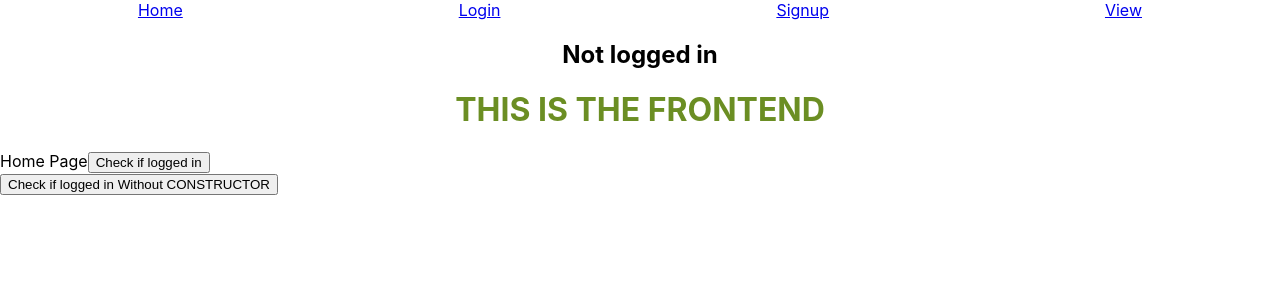
Repository: MikeTroianello/SuPro
Page: / (app in frontend/)
The author's editor kept a copy of each file at every save. The page is drawn from the files as they stood at one save, then again after the next save.
The browser window is 1280 px wide. The pictures show the whole page.
The page's requests for data from a server got no answer. The project was rebuilt for these pictures with package versions that can differ from the ones it lists, and the page was loaded fresh each time. A package was used in the major version that the imports need, not the one package.json lists. No one was signed in, and anything a server would have sent is missing. Also part of the build but not shown: frontend/src/components/auth/protected-route.js, frontend/src/components/Login.js, frontend/src/components/Signup.js, frontend/src/components/Create.js, frontend/src/components/View.js.

Above is the page before, as saved 2019-10-29 18:46:01.

### frontend/src/index.js
import React from 'react';
import ReactDOM from 'react-dom';
import './index.css';
import App from './App';
import * as serviceWorker from './serviceWorker';
import { Router } from 'react-router-dom';

ReactDOM.render(<App />, document.getElementById('root'));

// If you want your app to work offline and load faster, you can change
// unregister() to register() below. Note this comes with some pitfalls.
// Learn more about service workers: https://bit.ly/CRA-PWA
serviceWorker.unregister();

### frontend/src/App.js
import React from 'react';
import { BrowserRouter as Router, Route, Switch } from 'react-router-dom';
import ProtectedRoute from './components/auth/protected-route';
import axios from 'axios';

import Home from './components/Home';
import Login from './components/Login';
import Signup from './components/Signup';
import Create from './components/Create';
import View from './components/View';
import Navbar from './components/Navbar';

import AuthService from './components/auth/auth-service';

import './App.css';

class App extends React.Component {
  state = {
    loggedInUser: null,
    message: 'Not logged in'
  };

  service = new AuthService();

  componentDidMount() {
    if (!this.state.loggedInUser) {
      this.service
        .loggedin()
        .then(response => {
          console.log('RESPONSE:', response);
          this.setState({
            loggedInUser: response,
            message: `Welcome back, ${response.username}`
          });
        })
        .catch(err => {
          this.setState({
            loggedInUser: false
          });
        });
    }
  }

  setUser = () => {
    console.log('SETTING USER');
    let storedUser = JSON.parse(localStorage.getItem('user'));
    console.log('LOCAL STORAGE: ', storedUser);
    this.setState(
      {
        username: storedUser.username,
        message: `Hello ${storedUser.username}`
      },
      () => {
        console.log(this.state);
      }
    );
  };

  login = storedUser => {
    console.log('LOGIN');
    axios
      .get(`http://localhost:5000/login`, {
        theUser: storedUser,
        withCredentials: true
      })
      .then(result => {
        console.log(result.data);
        // if (result.data.user) {
        this.setState(
          {
            user: result.data.user || null,
            message: result.data.message
          },
          () => {
            console.log('-=-=-=-=-=-=-=-=-=-=-=-=-=-=-=-', this.state);
          }
        );
      });
  };

  logout = e => {
    e.preventDefault();
    console.log('LOGGING OUT');
    axios.post('http://localhost:5000/logout').then(result => {
      console.log(result);
      this.setState({
        username: null,
        message: result.data.message
      });
      localStorage.removeItem('user');
    });
  };

  getTheUser = userObj => {
    this.setState(
      {
        loggedInUser: userObj,
        message: `Hello, ${userObj.username}!`
      },
      () => {
        console.log(this.state);
      }
    );
  };

  render() {
    console.log(this.state.user);
    return (
      <Router>
        <div className='App'>
          <Navbar info={this.state} logout={this.logout} />
          <h1 className='frontend'>THIS IS THE FRONTEND</h1>
        </div>
        <Switch>
          <Route exact path='/' component={Home} />
          <Route
            exact
            path='/signup'
            render={props => <Signup {...props} getUser={this.getTheUser} />}
          />
          <Route
            exact
            path='/login'
            render={props => <Login {...props} getUser={this.getTheUser} />}
          />
          <Route exact path='/create' render={props => <Create {...props} />} />
          <Route exact path='/view' component={View} />
        </Switch>
      </Router>
    );
  }
}

export default App;

### frontend/src/components/Home.js
import React, { Component } from 'react';
import axios from 'axios';
import AuthService from './auth/auth-service';
import Test from '../components/Test';

export default class Home extends Component {
  // constructor(props) {
  //   super(props);
  //   this.service = new AuthService();
  // }

  service = new AuthService();

  checkIfLoggedIn = () => {
    this.service
      .loggedin()
      .then(results => {
        console.log(results);
      })
      .catch(error => console.log(error));
  };
  // checkIfLoggedIn = () => {
  //   axios.get('http://localhost:5000/isLoggedIn').then(results => {
  //     console.log('this is what came back:', results);
  //   });
  // };

  render() {
    return (
      <div>
        Home Page
        <button onClick={this.checkIfLoggedIn}>Check if logged in</button>
        <Test />
      </div>
    );
  }
}

### frontend/src/components/Navbar.js
import React from 'react';
import { Link } from 'react-router-dom';

export default function Navbar(props) {
  console.log('NAVBAR CONSOLE LOG', props.info);
  return (
    <div>
      <div className='navbar'>
        <div>
          <Link to='/'>Home</Link>
        </div>
        {!props.info.loggedInUser && (
          <div>
            <Link to='/login'>Login</Link>
          </div>
        )}
        {!props.info.loggedInUser && (
          <div>
            <Link to='/signup'>Signup</Link>
          </div>
        )}
        {props.info.loggedInUser && (
          <div>
            <Link to='/create'>Create</Link>
          </div>
        )}
        <div>
          <Link to='/view'>View</Link>
        </div>
        {props.info.loggedInUser && (
          <Link to='/' onClick={props.logout}>
            Logout
          </Link>
        )}
      </div>
      <h2>{props.info.message}</h2>
    </div>
  );
}

### frontend/src/components/auth/auth-service.js
import axios from 'axios';

class AuthService {
  constructor() {
    let service = axios.create({
      baseURL: 'http://localhost:5000/api',
      withCredentials: true
    });
    this.service = service;
  }

  // signup = (username, password) => {
  //   return this.service
  //     .post('/signup', { username, password })
  //     .then(response => response.data);
  // };

  loggedin = () => {
    return this.service.get('/loggedin').then(response => response.data);
  };

  login = (username, password) => {
    return this.service
      .post('/login', { username, password })
      .then(response => response.data);
  };

  create = info => {
    return this.service
      .post('/log/create', { info })
      .then(response => response.data);
  };

  // logout = () => {
  //   return this.service.post('/logout', {}).then(response => response.data);
  // };
}
export default AuthService;

### frontend/src/App.css
.App {
  text-align: center;
}

.App-logo {
  height: 40vmin;
}

.App-header {
  background-color: #282c34;
  min-height: 100vh;
  display: flex;
  flex-direction: column;
  align-items: center;
  justify-content: center;
  font-size: calc(10px + 2vmin);
  color: white;
}

.App-link {
  color: #09d3ac;
}

.navbar {
  display: flex;
  justify-content: space-around;
}

.frontend {
  color:olivedrab
}

### frontend/src/components/Test.js
import React, { Component } from 'react';
import AuthService from './auth/auth-service';

export default class Test extends Component {
  service = new AuthService();

  checkIfLoggedIn = () => {
    this.service
      .loggedin()
      .then(results => {
        console.log(results);
      })
      .catch(error => console.log(error));
  };

  render() {
    return (
      <div>
        <button onClick={this.checkIfLoggedIn}>
          Check if logged in Without CONSTRUCTOR
        </button>
      </div>
    );
  }
}

Loaded but not shown: frontend/public/index.html (common file); frontend/src/index.css (common file); frontend/src/serviceWorker.js (common file)

After the next save:
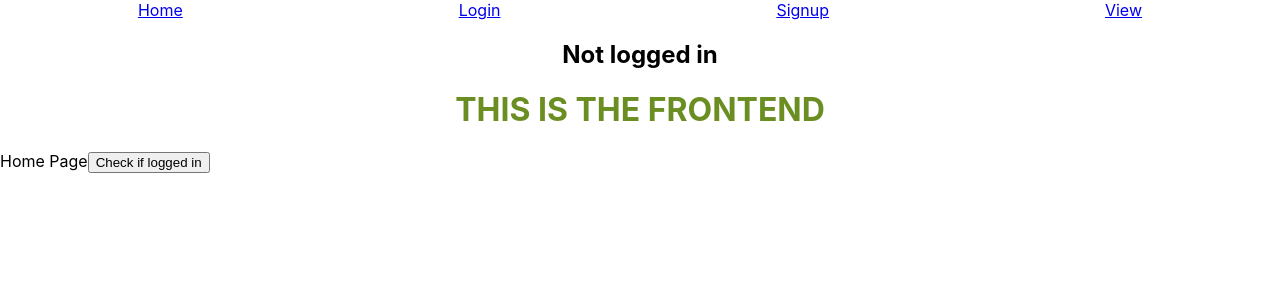
Saved 9 min 23 s later.
--- a/frontend/src/components/Home.js
+++ b/frontend/src/components/Home.js
@@ -1,7 +1,6 @@
 import React, { Component } from 'react';
 import axios from 'axios';
 import AuthService from './auth/auth-service';
-import Test from '../components/Test';
 
 export default class Home extends Component {
   // constructor(props) {
@@ -30,7 +29,6 @@ export default class Home extends Component {
       <div>
         Home Page
         <button onClick={this.checkIfLoggedIn}>Check if logged in</button>
-        <Test />
       </div>
     );
   }
